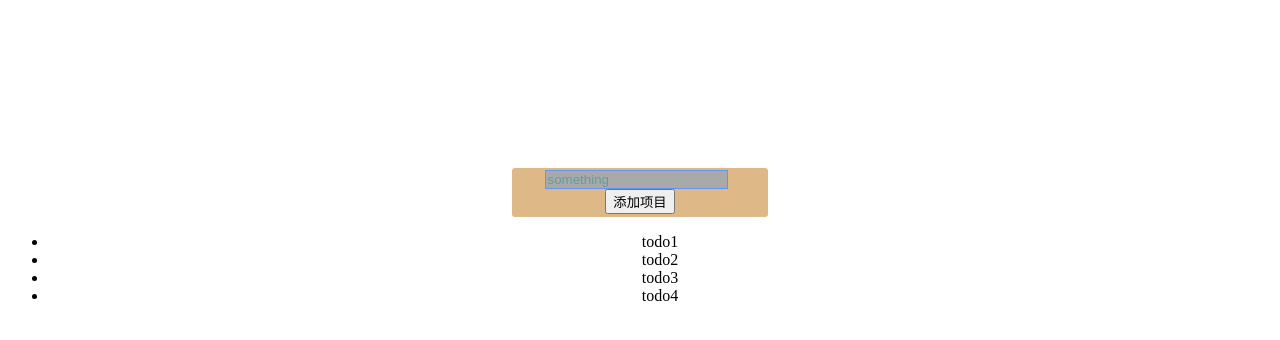
Repository: ArtemisWang/todolistProject
Page: /
These files come from the project's save history. The page is drawn as it stood at one moment and after the next save; the edit follows.
The browser window is 1280 px wide. The pictures show the whole page.
The project was rebuilt for these pictures with package versions that can differ from the ones it lists, and the page was loaded fresh each time.

Above is the page before, as saved 2020-02-28 21:43:17.

After the next save:
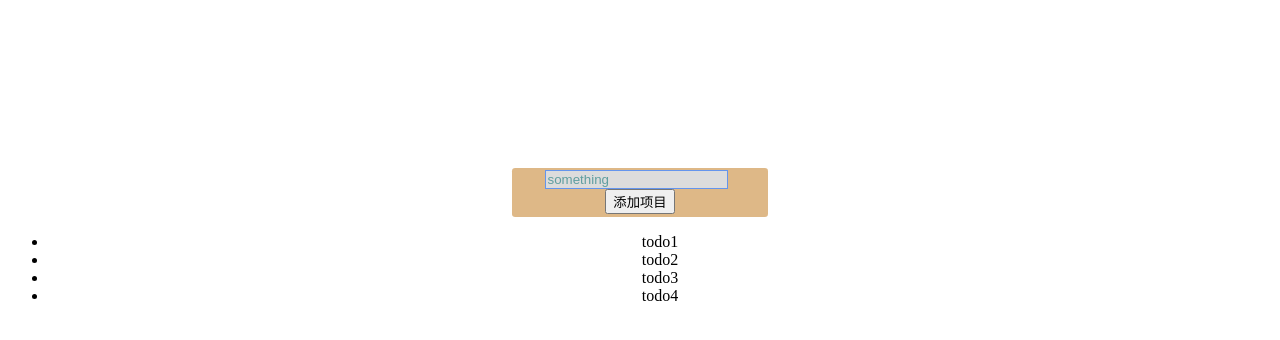
Saved 19 s later.
--- a/src/App.css
+++ b/src/App.css
@@ -19,7 +19,7 @@
     border: cornflowerblue solid 1px;
     display: inline-flex;
     margin-right: .5rem;
-    background-color: darkgrey;
+    background-color: gainsboro;
 }
 
 .but{
